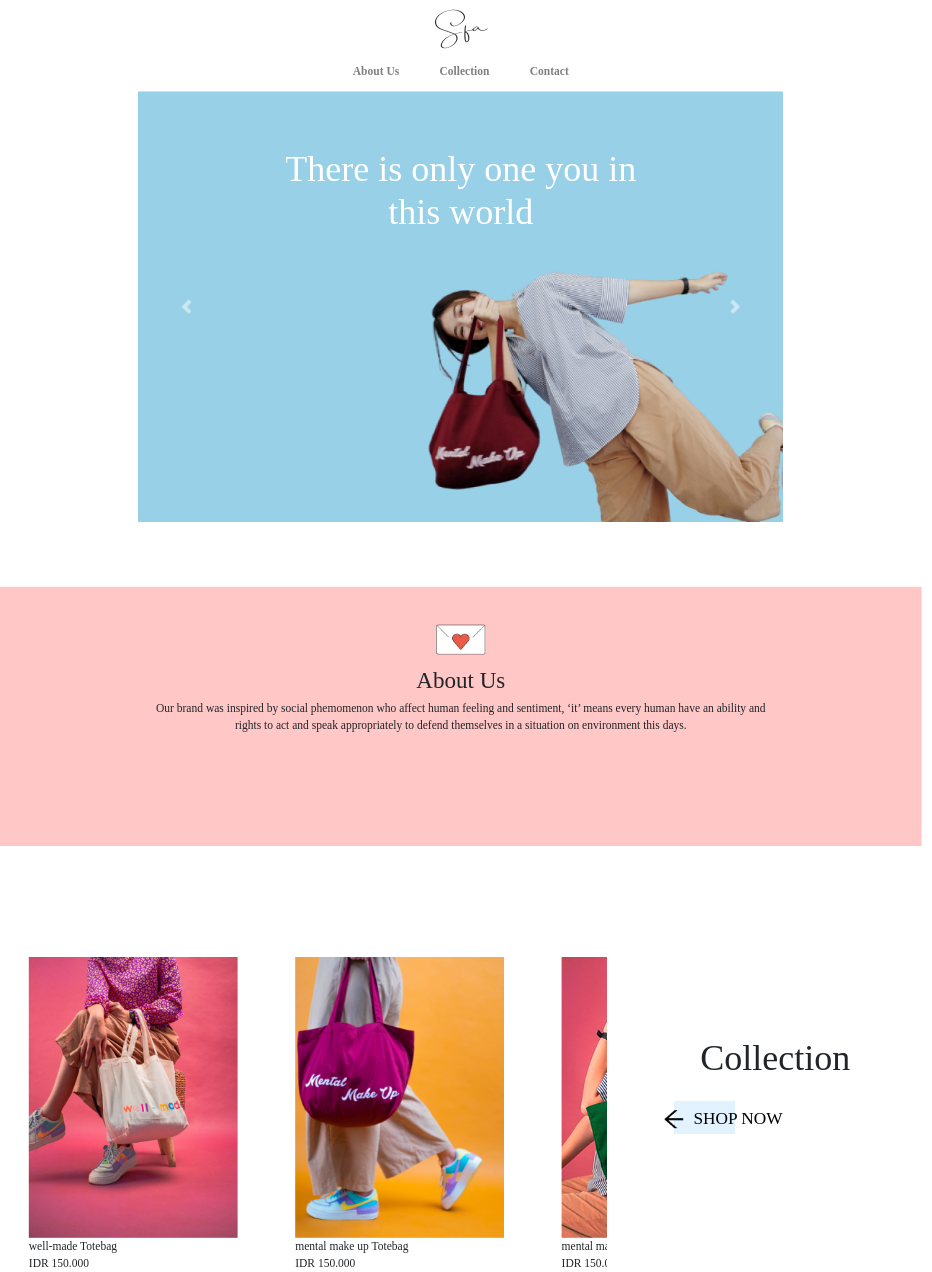
Repository: bismowibi/savoir
Page: index.html
The author's editor kept a copy of each file at every save. The page is drawn from the files as they stood at one save, then again after a run of saves.
The browser window is 1280 px wide. The page is 1295 px wide, so the pictures cover 1295 px, including what lies to the right of the window. The pictures show the whole page, at 72% of full size.
Some web libraries are served in a nearby version.

Above is the page before, as saved 2020-04-04 03:24:00.

### index.html
<!doctype html>
<html lang="en">

<head>
  <title>Title</title>
  <!-- Required meta tags -->
  <meta charset="utf-8">
  <meta name="viewport" content="width=device-width, initial-scale=1, shrink-to-fit=no">
  <!-- Internal CSS -->
  <link rel="stylesheet" href="style.css">
  <!-- Bootstrap CSS -->
  <link rel="stylesheet" href="https://stackpath.bootstrapcdn.com/bootstrap/4.3.1/css/bootstrap.min.css"
    integrity="sha384-ggOyR0iXCbMQv3Xipma34MD+dH/1fQ784/j6cY/iJTQUOhcWr7x9JvoRxT2MZw1T" crossorigin="anonymous">
  <!-- Icon -->
  <script src="https://kit.fontawesome.com/c5d0666ee9.js" crossorigin="anonymous"></script>
</head>

<body>

  <!-- Optional JavaScript -->
  <!-- jQuery first, then Popper.js, then Bootstrap JS -->
  <script src="https://code.jquery.com/jquery-3.3.1.slim.min.js"
    integrity="sha384-q8i/X+965DzO0rT7abK41JStQIAqVgRVzpbzo5smXKp4YfRvH+8abtTE1Pi6jizo" crossorigin="anonymous">
  </script>
  <script src="https://cdnjs.cloudflare.com/ajax/libs/popper.js/1.14.7/umd/popper.min.js"
    integrity="sha384-UO2eT0CpHqdSJQ6hJty5KVphtPhzWj9WO1clHTMGa3JDZwrnQq4sF86dIHNDz0W1" crossorigin="anonymous">
  </script>
  <script src="https://stackpath.bootstrapcdn.com/bootstrap/4.3.1/js/bootstrap.min.js"
    integrity="sha384-JjSmVgyd0p3pXB1rRibZUAYoIIy6OrQ6VrjIEaFf/nJGzIxFDsf4x0xIM+B07jRM" crossorigin="anonymous">
  </script>

  <section id="title">
    <div class="container-fluid">

      <!-- Header-logo -->
      <header id="site-header">
        <h5>Sfa</h5>
      </header>

      <!-- Navigation Bar -->
      <nav class="navbar navbar-expand-lg navbar-light">
        <a class="navbar-brand d-block d-sm-block d-md-bock d-lg-none navbar-right" style="float: none;"
          href="#">Sfa</a>

        <!-- Navbar Collapse Button -->
        <button class="navbar-toggler" type="button" data-toggle="collapse" data-target="#navbarTogglerDemo02"
          aria-controls="navbarTogglerDemo02" aria-expanded="false" aria- label="Toggle navigation">
          <span class="navbar-toggler-icon"></span>
        </button>

        <!-- Navbar Menu -->
        <div class="collapse navbar-collapse" id="navbarTogglerDemo02">
          <ul class="navbar-nav mx-auto">
            <li class="nav-item"><a class="nav-link" href="">About Us</a></li>
            <li class="nav-item"><a class="nav-link" href="">Collection</a></li>
            <li class="nav-item"><a class="nav-link" href="">Contact</a></li>
          </ul>
      </nav>
  </section>

  <!-- Home  -->
  <section id="home">
    <!-- <div class="container"> -->
    <div id="carouselExampleControls" class="carousel slide" data-ride="carousel" data-interval="0">
      <div class="carousel-inner">
        <!-- Card 1  -->
        <div class="carousel-item active">
          <div class="row card-1">
            <div class="col-lg-12">
              <h2 class="text-center">There is only one you in <br>this world</h2>
            </div>
            <div class="col-lg-12">
              <img class="img-card-1" src="/Photos/card-1.png" alt="">
            </div>
          </div>
        </div>
        <!-- Card 2  -->
        <div class="carousel-item">
          <div class="row card-2">
            <div class="col-lg-6">
              <img class="img-card-2" src="/Photos/card-2.png" alt="">
            </div>
            <div class="col-lg-6">
              <h2>Chic and <br>Colourful</h2>
            </div>
          </div>
        </div>
        <!-- Card 3 -->
        <div class="carousel-item">
          <div class="row card-3">
            <div class="col-lg-6">
              <h2>Savoir Faire Attache</h2>
            </div>
            <div class="col-lg-6">
              <img class="img-card-3" src="/Photos/card-3.png" alt="">
            </div>
          </div>
        </div>
        <!-- Card 4 -->
        <div class="carousel-item">
          <div class="row card-4">
            <div class="col-lg-6">
              <h2>Grab yours now!</h2>
            </div>
            <div class="col-lg-6">
              <img class="img-card-4" src="/Photos/card-4-n.png" alt="">
            </div>
          </div>
        </div>
      </div>
      <!-- Button Slider  -->
      <a class="carousel-control-prev" href="#carouselExampleControls" role="button" data-slide="prev">
        <span class="carousel-control-prev-icon" aria-hidden="true"></span>
        <span class="sr-only">Previous</span>
      </a>
      <a class="carousel-control-next" href="#carouselExampleControls" role="button" data-slide="next">
        <span class="carousel-control-next-icon" aria-hidden="true"></span>
        <span class="sr-only">Next</span>
      </a>
    </div>
    </div>
  </section>

  <section id="about-us">
    <div class="container-fluid">
      <div class="row text-center">
        <div class="col-about col-lg-12 ">
          <img class="love-letter" src="/Photos/love-letter.png" alt="">
        </div>
        <div class="col-lg-12 text-center">
          <h2>About Us</h2>
          <p class="">Our brand was inspired by social phemomenon who affect human feeling and sentiment, ‘it’ means every human have an ability and rights to act and speak appropriately to defend themselves in a situation on environment this days. </p>
        </div>
      </div>
    </div>
    </div>
  </section>


  <!-- Collection -->
  <section id="collection">
    <!-- Scroling -->
    <div class="row scrolling-row">
      <div class="col-lg-8 sm-12">
        <div class="scrolling-wrapper-flexbox">
          <div class="card">
            <img src="/Photos/img-collect-1.png" alt="">
            <span>well-made Totebag <br>IDR 150.000<span>
          </div>
          <div class="card">
            <img src="/Photos/img-collect-2.png" alt="">
            <span>mental make up Totebag <br>IDR 150.000<span>
          </div>
          <div class="card">
            <img src="/Photos/img-collect-3.png" alt="">
            <span>mental make up Totebag <br>IDR 150.000<span>
          </div>
          <div class="card">
            <img src="/Photos/img-collect-4.png" alt="">
            <span>amore Totebag <br>IDR 150.000<span>
          </div>
        </div>
      </div>
      <div class="shop-now col-lg-4 sm-12">
        <h1 class="text-center">Collection</h1>
        <div class="arrow">
          <img class="img-arrow" src="/Photos/arrow-biru.png" alt="">
          <a href="https://linktr.ee/savoirfaire_attache" target="_blank">
            <h4> SHOP NOW</h4>
          </a>
        </div>

      </div>
      </di>

  </section>













</body>

</html>

### style.css
/* Header - Logo */
#site-header {
    text-align: center;
    padding-top: 2%;
    font-family: "BeautyDream";
    font-size: 4rem;
}

#site-header h5 {
    font-size: 2rem;
}



/* Home Card Background */
.card-1 {
    background-color: #98D0E7;
}

.card-2 {
    background-color: #D54C63;
}

.card-3 {
    background-color: #FECF70;
}

.card-4 {
    background-color: #F7E6D8;
}

/* Home */
#home {
    padding: 0% 15% 7%;
}

#carouselExampleControls h2 {
    font-family: "Futura";
    font-size: 50px;
    position: relative;
}

/* Card 1  */
.img-card-1 {
    position: relative;
    left: 35%;
    height: 470px;
}

.card-1 h2 {
    top: 60%;
    color: white;
}

/* Card 2 */
.img-card-2 {
    position: relative;
    left: 25%;
}

.card-2 h2 {
    color: #ffff;
    top: 40%;
    left: 10%;
}

/* Card 3 */
.card-3 h2 {
    color: #9C7C62;
    top: 35%;
    left: 23%;
}

/* Card-4 */
.card-4 h2 {
    left: 30%;
    top: 20%;
    color: #D54C63;
}

.img-card-4{

}
/* About Us */
#about-us {
    background-color: #FFC7C6;
    height: 360px;
    /* text-align: center; */
    padding: 3% 15% 3%;
    font-family: "GTWalsheimProRegular";
}

.col-about h2 {
    font-size: 50px;
}


/* Collection */

#collection {
    padding-top: 12%;
    font-family: "GTWalsheimProRegular";
}

.scrolling-wrapper-flexbox {
    display: flex;
    flex-wrap: nowrap;
    overflow-x: auto;


}

.scrolling-wrapper-flexbox::-webkit-scrollbar {
    display: none;

}


.card {
    flex: 0 0 auto;
    /* height: 290px;
    width: 390px; */
    margin-left: 40px;
    margin-right: 40px;
    border: none !important;

}

#collection h1 {
    font-size: 50px;
    margin-top: 110px;

}

.arrow {
    margin-left: 45px;
    margin-top: 30px;

}

.arrow h4 {
    left: 24%;
    position: absolute;
    top: 48%;
}

#collection a {
    color: black;
}

#collection a:hover {
    color: #d24967;
}






/* Mobile Version */
@media only screen and (max-width:990px) {
    #site-header {
        display: none;
    }
}

/* Navigation Bar */
.navbar-nav>li {
    padding-left: 20px;
    padding-right: 20px;
    font-family: "GTWalsheimProRegular";
    font-weight: bold;
}

.navbar-brand {
    font-family: "BeautyDream";
    font-size: 2.5rem !important;
}



@media only screen and (max-width:990px) {
    #home {
        padding: 0 0 0 0 !important;
    }

    /* Heading 2 Mobile */
    #carouselExampleControls h2 {
        font-size: 30px;
        justify-content: center;
        display: flex;
        flex-direction: column;
        left: 27%;
    }

    /* Card 1 Mobile */
    .img-card-1 {
        height: 448px;
        position: relative;
        left: 4%;

    }

    /* Card 2 Mobile */
    .img-card-2 {
        position: relative;
        top: 30%;
        left: 10%;
        width: 80%;
    }

    .card-2 h2 {
        top: -490%
    }

    /* Card 3 Mobile */
    .card-3 h2 {
        top: 70% !important;
    }

    .img-card-3 {
        width: 80%;
        position: relative;
        left: 10%;
        top: 7%;

    }

    /* Card 4 Mobile */
    .img-card-4 {
        width: 81.5%;
        left: 10%;
        position: relative;
        top: 5%;
    }

    .card-3 h2 {

        top: 45%;
    }


    /* About Us Mobile Ver */
    #about-us {
        margin-top: 20%;
        padding-left: 0%;
        padding-right: 0%;
    }

    #about-us h2 {
        font-size: 30px;
    }

    #about-us p {
        font-size: 13px;
    }

    /* Collection  Mobile Ver*/
    #collection {
        padding-top: 20%;
    }

    #collection h1 {
        font-size: 30px;
        margin-top: 0;

    }

    .arrow h4 {
        font-size: 15px;
        ;
        left: 30%;

    }

    .scrolling-row {
        display: flex;
        flex-direction: column-reverse;
    }

    .img-arrow {
        left: 5%;
        position: relative;
        margin-bottom: 13%;
    }
}

}

/* Font  */



@font-face{

    font-family: 'GTWalsheimProRegular';
    src: url('Font/GT Walsheim Pro Medium.eot');
    src: url('Font/GT Walsheim Pro Medium.eot?#iefix') format('embedded-opentype'),
         url('Font/GT Walsheim Pro Medium.woff2') format('woff2'),
         url('Font/GT Walsheim Pro Medium.woff') format('woff'),
         url('Font/GT Walsheim Pro Medium.svg#GTWalsheimProMedium') format('svg');
    font-weight: normal;
    font-style: normal;

    }


@font-face {

    font-family: 'BeautyDream';
    src: url('Font/Beauty-Dream.eot');
    src: url('Font/Beauty-Dream.eot?#iefix') format('embedded-opentype'),
         url('Font/Beauty-Dream.woff2') format('woff2'),
         url('Font/Beauty-Dream.woff') format('woff'),
         url('Font/Beauty-Dream.svg#Beauty-Dream') format('svg');
    font-weight: normal;
    font-style: normal;

    }

After the next 10 saves:
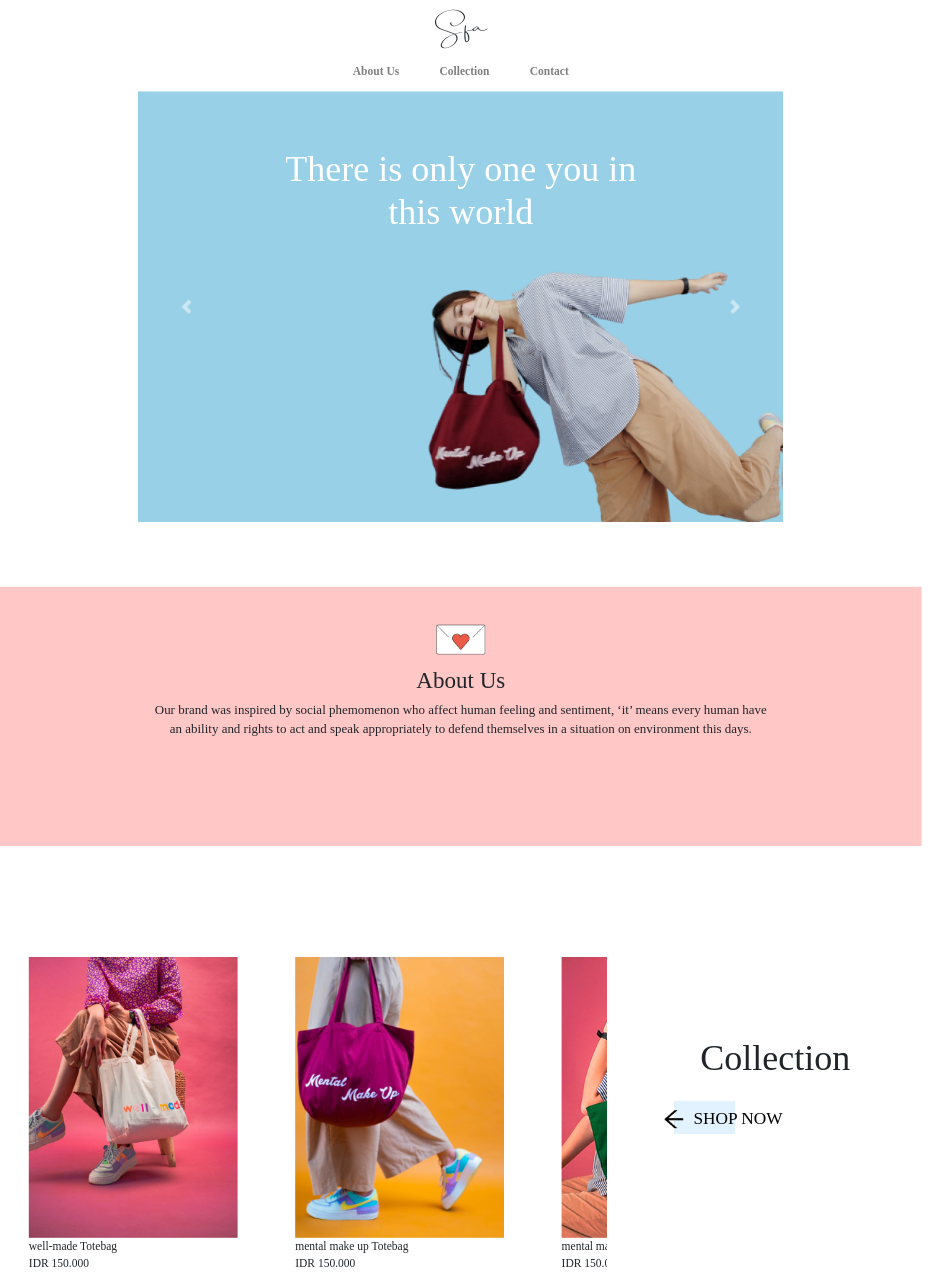
The 10 saves are shown as one change because they came seconds apart.
The last was saved 3 min 4 s later.
--- a/style.css
+++ b/style.css
@@ -88,6 +88,11 @@
     /* text-align: center; */
     padding: 3% 15% 3%;
     font-family: "GTWalsheimProRegular";
+}
+
+#about-us p{
+    font-size: 18px;
+    line-height: 27px;
 }
 
 .col-about h2 {
